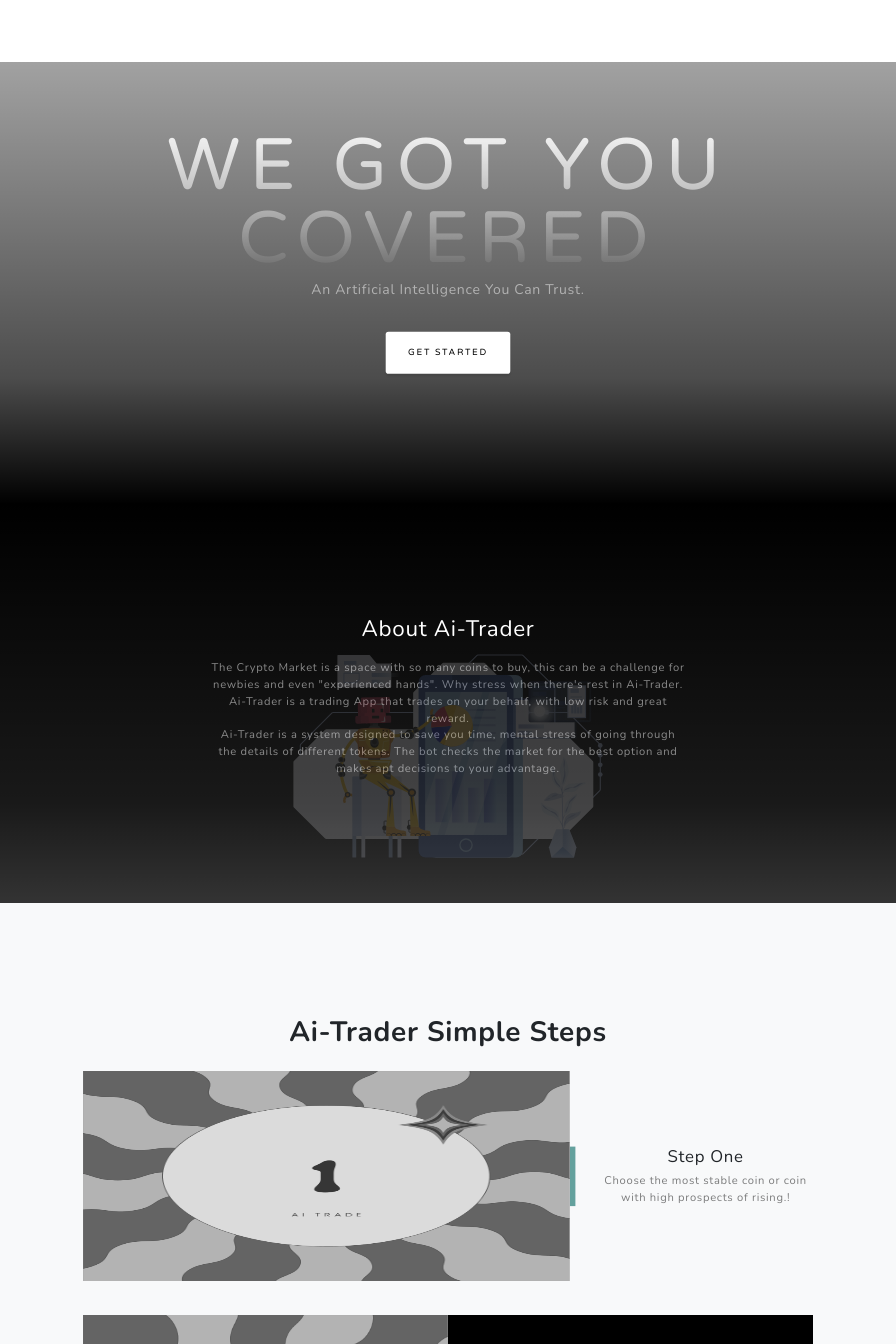
Repository: seyicoded/ico_one
Page: index.html
The author's editor kept a copy of each file at every save. The page is drawn from the files as they stood at one save, then again after the next save.
The browser window is 1280 px wide. The pictures show the part of the page from y = 0 to 1920 px (the page is 4310 px tall before and 4148 px after), at 70% of full size.

Above is the page before, as saved 2022-03-06 14:26:19.

### index.html
<!DOCTYPE html>
<html lang="en">
    <head>
        <meta charset="utf-8" />
        <meta name="viewport" content="width=device-width, initial-scale=1, shrink-to-fit=no" />
        <meta name="description" content="" />
        <meta name="author" content="" />
        <title>Ai-Trader</title>
        <link rel="icon" type="image/x-icon" href="assets/favicon.ico" />
        <!-- Font Awesome icons (free version)-->
        <script src="https://use.fontawesome.com/releases/v5.15.4/js/all.js" crossorigin="anonymous"></script>
        <!-- Google fonts-->
        <link href="https://fonts.googleapis.com/css?family=Varela+Round" rel="stylesheet" />
        <link href="https://fonts.googleapis.com/css?family=Nunito:200,200i,300,300i,400,400i,600,600i,700,700i,800,800i,900,900i" rel="stylesheet" />
        <!-- Core theme CSS (includes Bootstrap)-->
        <link href="css/styles.css" rel="stylesheet" />
        <link href="css/animate.css" rel="stylesheet" />
        <link href="css/custom.css" rel="stylesheet" />
        <script src="js/jquery.js"></script>
        <script src="js/wow.js"></script>
        <script src="js/bs.js"></script>
        <script type="text/javascript">
            //Initiat WOW JS
            window.onload = function(){
                $("#loaderr").hide();
                new WOW().init();
            }
            // new WOW().init();
        </script>
        <style>
            #loaderr{
                position: fixed;
                z-index: 99;
                top: 0;
                bottom: 0;
                left: 0;
                right: 0;
                background: linear-gradient(grey, black);
                display: flex;
                justify-content: center;
                align-items: center;
            }
            #skip-loader{
                position: fixed;
                bottom: 3%;
                right: 3%;
                background-color: transparent;
                color: white;
                border: none;
            }
        </style>
    </head>
    <body id="page-top">
        <!--  loader start -->
        <div id="loaderr">
            <img src="assets/svg/Spin-0.5s-247px.svg" />
            <button id="skip-loader" onclick="$('#loaderr').hide()">skip</button>
        </div>
        <!-- loader stop -->

        <!-- Navigation-->
        <nav class="navbar navbar-expand-lg navbar-light fixed-top" id="mainNav">
            <div class="container px-4 px-lg-5">
                <a class="navbar-brand" href="#page-top">Ai-Trader</a>
                <button class="navbar-toggler navbar-toggler-right" type="button" data-bs-toggle="collapse" data-bs-target="#navbarResponsive" aria-controls="navbarResponsive" aria-expanded="false" aria-label="Toggle navigation">
                    Menu
                    <i class="fas fa-bars"></i>
                </button>
                <div class="collapse navbar-collapse" id="navbarResponsive">
                    <ul class="navbar-nav ms-auto">
                        <li class="nav-item"><a class="nav-link" href="#about">About</a></li>
                        <li class="nav-item"><a class="nav-link" href="#trade">How to Trade</a></li>
                        <li class="nav-item"><a class="nav-link" href="#token">Tokenomics</a></li>
                    </ul>
                </div>
            </div>
        </nav>
        <!-- Masthead-->
        <header class="masthead">
            <div class="container px-4 px-lg-5 d-flex h-100 align-items-center justify-content-center">
                <div class="d-flex justify-content-center">
                    <div class="text-center">
                        <h1 class="mx-auto my-0 text-uppercase wow fadeIn animated" data-wow-duration="1090ms" data-wow-delay="1000ms">We Got You Covered</h1>
                        <h2 class="text-white-50 mx-auto mt-2 mb-5 wow fadeIn animated" data-wow-duration="1090ms" data-wow-delay="1300ms">An Artificial Intelligence You Can Trust.</h2>
                        <a class="btn btn-white white wow fadeIn animated" style="font-weight: bolder;" href="#about"  data-wow-duration="1090ms" data-wow-delay="1600ms">Get Started</a>
                    </div>
                </div>
            </div>
        </header>
        <!-- About-->
        <section class="about-section text-center" id="about">
            <div class="container px-4 px-lg-5">
                <div class="row gx-4 gx-lg-5 justify-content-center">
                    <div class="col-lg-8">
                        <h2 class="text-white mb-4 wow fadeInLeft animated" data-wow-duration="600ms" data-wow-delay="400ms">About Ai-Trader</h2>
                        <p class="text-white-50 wow fadeInLeft animated" data-wow-duration="600ms" data-wow-delay="600ms">
                            The Crypto Market is a space with so many coins to buy, this can be a challenge for newbies and even "experienced hands". Why stress when there's rest in Ai-Trader. <br />
                            Ai-Trader is a trading App that trades on your behalf, with low risk and great reward. <br />
                            Ai-Trader is a system designed to save you time, mental stress of going through the details of different tokens. The bot checks the market for the best option and makes apt decisions to your advantage.
                        </p>
                    </div>
                    <img class="img-fluid" src="assets/img/robot-doing-data-analysis.svg" style="filter: grayscale(20%); position: absolute; opacity: 19%; height: 400px;" alt="..." />
                </div>
                <!-- <img class="img-fluid" src="assets/img/ipad.png" style="filter: grayscale(80%); position: absolute; opacity: 30%;" alt="..." /> -->
                <div style="height: 100px;">&nbsp;</div>
            </div>
        </section>
        <!-- Projects-->
        <section class="projects-section bg-light" id="trade">
            <div class="container px-4 px-lg-5">
                <h1 style="text-align: center; font-weight: bold;">Ai-Trader Simple Steps</h1>
                <br />
                <!-- Featured Project Row-->
                <div class="row gx-0 mb-4 mb-lg-5 align-items-center wow fadeInLeft animated" data-wow-duration="600ms" data-wow-delay="400ms">
                    <div class="col-xl-8 col-lg-7"><img class="img-fluid mb-3 mb-lg-0" src="assets/count/1.png" style="height: 300px; width: 100%; filter: grayscale(80);" alt="..." /></div>
                    <div class="col-xl-4 col-lg-5">
                        <div class="featured-text text-center text-lg-left">
                            <h4>Step One</h4>
                            <p class="text-black-50 mb-0">Choose the most stable coin or coin with high prospects of rising.!</p>
                        </div>
                    </div>
                </div>
                <!-- Project One Row-->
                <div class="row gx-0 mb-5 mb-lg-0 justify-content-center wow fadeInLeft animated" data-wow-duration="600ms" data-wow-delay="400ms">
                    <div class="col-lg-6"><img class="img-fluid" src="assets/count/2.png" style="filter: grayscale(80);" alt="..." /></div>
                    <div class="col-lg-6">
                        <div class="bg-black text-center h-100 project">
                            <div class="d-flex h-100">
                                <div class="project-text w-100 my-auto text-center text-lg-left">
                                    <h4 class="text-white">Two</h4>
                                    <p class="mb-0 text-white-50">Initiate a trade.</p>
                                    <hr class="d-none d-lg-block mb-0 ms-0" />
                                </div>
                            </div>
                        </div>
                    </div>
                </div>
                <!-- Project Two Row-->
                <div class="row gx-0 justify-content-center wow fadeInLeft animated" data-wow-duration="600ms" data-wow-delay="400ms">
                    <div class="col-lg-6"><img class="img-fluid" src="assets/count/3.png" style="filter: grayscale(80);" alt="..." /></div>
                    <div class="col-lg-6 order-lg-first">
                        <div class="bg-black text-center h-100 project">
                            <div class="d-flex h-100">
                                <div class="project-text w-100 my-auto text-center text-lg-right">
                                    <h4 class="text-white">Three</h4>
                                    <p class="mb-0 text-white-50">Takes you out of the trade after reaching the margin you've set.!</p>
                                    <hr class="d-none d-lg-block mb-0 me-0" />
                                </div>
                            </div>
                        </div>
                    </div>
                </div>
            </div>
        </section>
        <!-- Signup-->
        <section class="signup-section" id="token">
            <div class="container px-4 px-lg-5">
                <div class="row gx-4 gx-lg-5">
                    <div class="col-md-10 col-lg-8 mx-auto text-center">
                        <i class="far fa-paper-plane fa-2x mb-2 text-white"></i>
                        <h2 class="text-white mb-5">Tokenomial</h2>
                        <!-- * * * * * * * * * * * * * * *-->
                        <!-- * * SB Forms Contact Form * *-->
                        <!-- * * * * * * * * * * * * * * *-->
                        <!-- This form is pre-integrated with SB Forms.-->
                        <!-- To make this form functional, sign up at-->
                        <!-- https://startbootstrap.com/solution/contact-forms-->
                        <!-- to get an API token!-->
                        <div style="color: white; text-align: justify;">
                            Lorem ipsum dolor sit amet, consectetur adipiscing elit, sed do eiusmod tempor incididunt ut labore et dolore magna aliqua. Ut enim ad minim veniam, quis nostrud exercitation ullamco laboris nisi ut aliquip ex ea commodo consequat. Duis aute irure dolor in reprehenderit in voluptate velit esse cillum dolore eu fugiat nulla pariatur. Excepteur sint occaecat cupidatat non proident, sunt in culpa qui officia deserunt mollit anim id est laborum.
                        </div>
                        <!-- <form class="form-signup" id="contactForm" data-sb-form-api-token="API_TOKEN">

                            <div class="row input-group-newsletter">
                                <div class="col"><input class="form-control" id="emailAddress" type="email" placeholder="Enter email address..." aria-label="Enter email address..." data-sb-validations="required,email" /></div>
                                <div class="col-auto"><button class="btn btn-primary disabled" id="submitButton" type="submit">Notify Me!</button></div>
                            </div>
                            <div class="invalid-feedback mt-2" data-sb-feedback="emailAddress:required">An email is required.</div>
                            <div class="invalid-feedback mt-2" data-sb-feedback="emailAddress:email">Email is not valid.</div>




                            <div class="d-none" id="submitSuccessMessage">
                                <div class="text-center mb-3 mt-2 text-white">
                                    <div class="fw-bolder">Form submission successful!</div>
                                    To activate this form, sign up at
                                    <br />
                                    <a href="https://startbootstrap.com/solution/contact-forms">https://startbootstrap.com/solution/contact-forms</a>
                                </div>
                            </div>




                            <div class="d-none" id="submitErrorMessage"><div class="text-center text-danger mb-3 mt-2">Error sending message!</div></div>
                        </form> -->
                    </div>
                </div>
            </div>
        </section>
        <!-- Contact-->
        <section class="contact-section bg-black">
            <div class="container px-4 px-lg-5">
                <h2 class="text-white">Need Help!</h2>

                <div class="row gx-4 gx-lg-5">
                    <div class="col-md-4 mb-3 mb-md-0">
                        <div class="card py-4 h-100">
                            <div class="card-body text-center">
                                <i class="fas fa-map-marked-alt text-primary mb-2"></i>
                                <h4 class="text-uppercase m-0">Telegram</h4>
                                <hr class="my-4 mx-auto" />
                                <div class="small text-black-50"><a href="https://t.me/AITRADERCOM">Click Here</a></div>
                            </div>
                        </div>
                    </div>
                    <div class="col-md-4 mb-3 mb-md-0">
                        <div class="card py-4 h-100">
                            <div class="card-body text-center">
                                <i class="fas fa-envelope text-primary mb-2"></i>
                                <h4 class="text-uppercase m-0">Email</h4>
                                <hr class="my-4 mx-auto" />
                                <div class="small text-black-50"><a href="mailto:contact@worldaitrader.com">contact@worldaitrader.com</a></div>
                            </div>
                        </div>
                    </div>
                    <div class="col-md-4 mb-3 mb-md-0">
                        <div class="card py-4 h-100">
                            <div class="card-body text-center">
                                <i class="fas fa-mobile-alt text-primary mb-2"></i>
                                <h4 class="text-uppercase m-0">Phone</h4>
                                <hr class="my-4 mx-auto" />
                                <div class="small text-black-50">+1 (555) 902-8832</div>
                            </div>
                        </div>
                    </div>
                </div>
                <div class="social d-flex justify-content-center">
                    <a class="mx-2" href="#!"><i class="fab fa-twitter"></i></a>
                    <a class="mx-2" href="#!"><i class="fab fa-facebook-f"></i></a>
                    <a class="mx-2" href="#!"><i class="fab fa-github"></i></a>
                </div>
            </div>
        </section>
        <!-- Footer-->
        <footer class="footer bg-black small text-center text-white-50"><div class="container px-4 px-lg-5">Copyright &copy; Ai-Trader 2021</div></footer>
        <!-- Bootstrap core JS-->
        <script src="https://cdn.jsdelivr.net/npm/bootstrap@5.1.3/dist/js/bootstrap.bundle.min.js"></script>
        <!-- Core theme JS-->
        <script src="js/scripts.js"></script>

        <script src="https://cdn.startbootstrap.com/sb-forms-latest.js"></script>
    </body>
</html>

### js/scripts.js
/*!
* Start Bootstrap - Grayscale v7.0.4 (https://startbootstrap.com/theme/grayscale)
* Copyright 2013-2021 Start Bootstrap
* Licensed under MIT (https://github.com/StartBootstrap/startbootstrap-grayscale/blob/master/LICENSE)
*/
//
// Scripts
//

window.addEventListener('DOMContentLoaded', event => {

    // Navbar shrink function
    var navbarShrink = function () {
        const navbarCollapsible = document.body.querySelector('#mainNav');
        if (!navbarCollapsible) {
            return;
        }
        if (window.scrollY === 0) {
            navbarCollapsible.classList.remove('navbar-shrink')
        } else {
            navbarCollapsible.classList.add('navbar-shrink')
        }

    };

    // Shrink the navbar
    navbarShrink();

    // Shrink the navbar when page is scrolled
    document.addEventListener('scroll', navbarShrink);

    // Activate Bootstrap scrollspy on the main nav element
    const mainNav = document.body.querySelector('#mainNav');
    if (mainNav) {
        new bootstrap.ScrollSpy(document.body, {
            target: '#mainNav',
            offset: 74,
        });
    };

    // Collapse responsive navbar when toggler is visible
    const navbarToggler = document.body.querySelector('.navbar-toggler');
    const responsiveNavItems = [].slice.call(
        document.querySelectorAll('#navbarResponsive .nav-link')
    );
    responsiveNavItems.map(function (responsiveNavItem) {
        responsiveNavItem.addEventListener('click', () => {
            if (window.getComputedStyle(navbarToggler).display !== 'none') {
                navbarToggler.click();
            }
        });
    });

});

Loaded but not shown: css/styles.css (library); css/animate.css (library); js/jquery.js (library); js/wow.js (library); js/bs.js (library); css/w3.css (library); css/custom.css (no stored copy; drawn as an empty file)

After the next save:
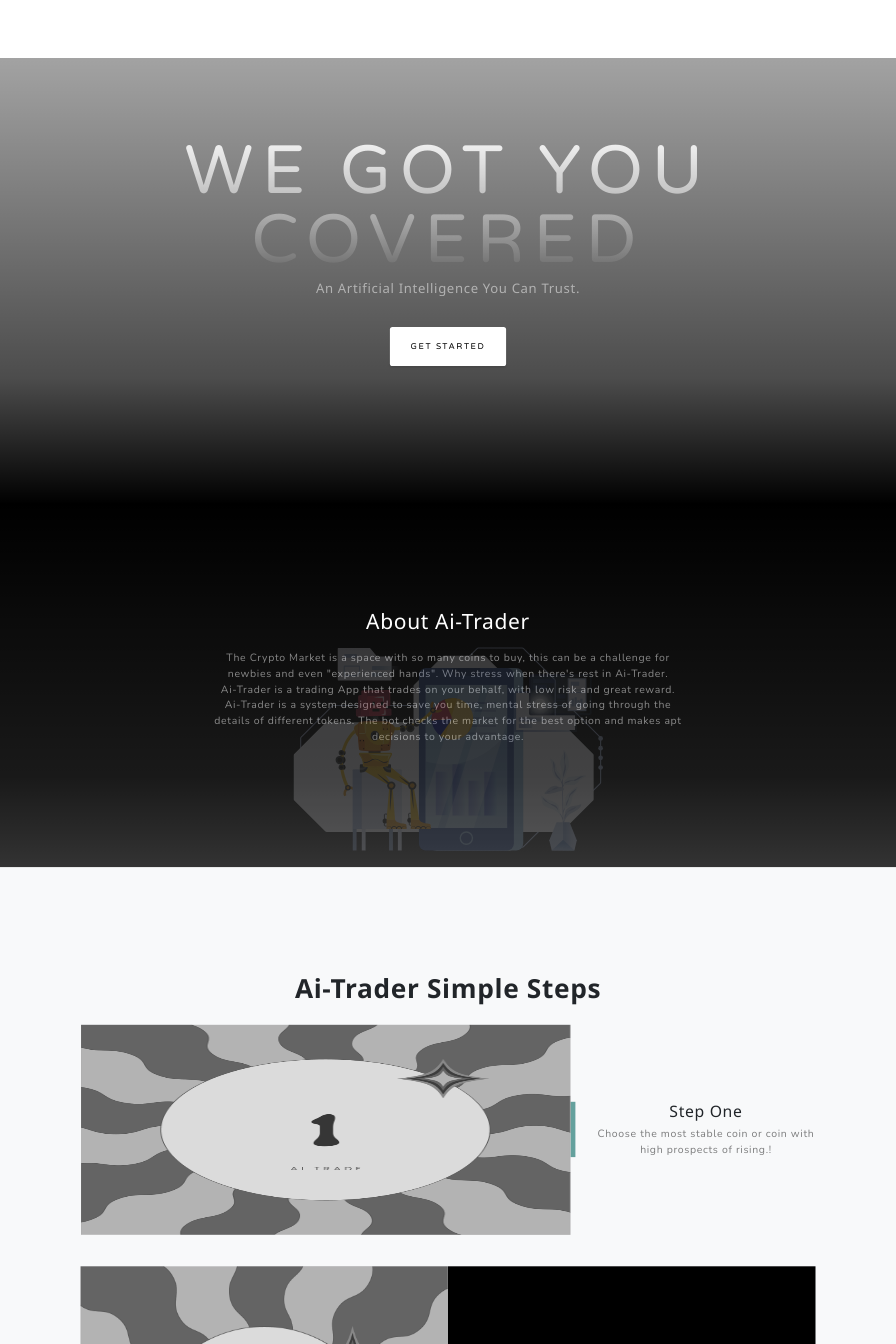
Saved 51 s later.
--- a/index.html
+++ b/index.html
@@ -13,6 +13,7 @@
         <link href="https://fonts.googleapis.com/css?family=Varela+Round" rel="stylesheet" />
         <link href="https://fonts.googleapis.com/css?family=Nunito:200,200i,300,300i,400,400i,600,600i,700,700i,800,800i,900,900i" rel="stylesheet" />
         <!-- Core theme CSS (includes Bootstrap)-->
+        <link href="css/w3.css" rel="stylesheet" />
         <link href="css/styles.css" rel="stylesheet" />
         <link href="css/animate.css" rel="stylesheet" />
         <link href="css/custom.css" rel="stylesheet" />
